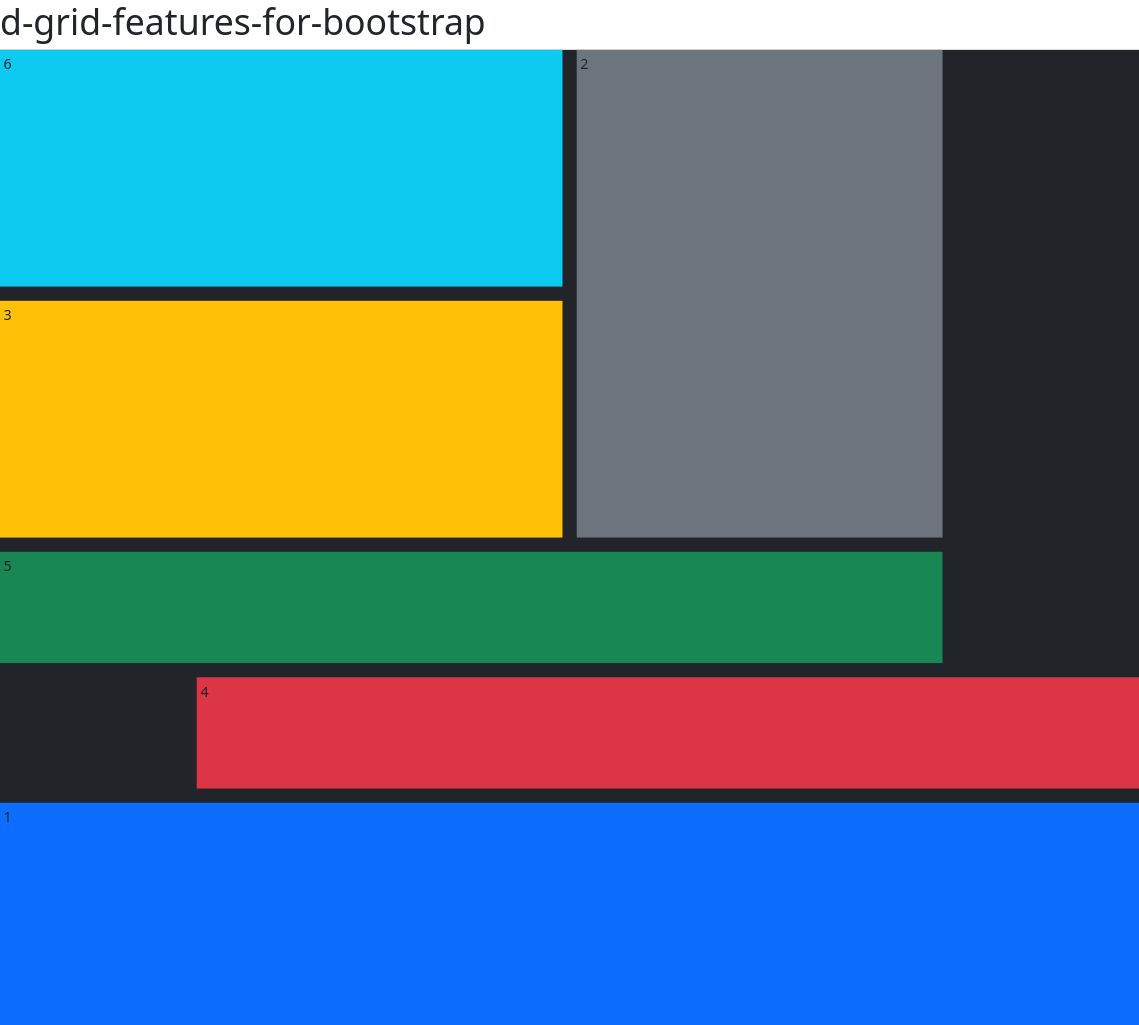
Repository: LynxPardelle/d-grid-features-for-bootstrap
Page: index.html
The author's editor kept a copy of each file at every save. The page is drawn from the files as they stood at one save, then again after the next save.
The browser window is 1280 px wide. The pictures show the whole page, at 89% of full size.

Above is the page before, as saved 2021-10-20 06:20:04.

### index.html
<!DOCTYPE html>
<html lang="en">
<head>
  <meta charset="UTF-8">
  <meta http-equiv="X-UA-Compatible" content="IE=edge">
  <meta name="viewport" content="width=device-width, initial-scale=1.0">
  <title>d-grid-features-for-bootstrap</title>
  <link href="https://cdn.jsdelivr.net/npm/bootstrap@5.1.3/dist/css/bootstrap.min.css" rel="stylesheet" integrity="sha384-1BmE4kWBq78iYhFldvKuhfTAU6auU8tT94WrHftjDbrCEXSU1oBoqyl2QvZ6jIW3" crossorigin="anonymous">
</head>
<body>
  <h1>d-grid-features-for-bootstrap</h1>

  <!-- <section class="d-grid bg-dark" data-gfbs data-gfbs-gtc="repeat(4, 1fr)" data-gfbs-gtr="repeat(2, 100px)" > -->
    <!-- <section class="d-grid bg-dark" data-gfbs data-gfbs-gta='"f f b c c a"" f f d e e a"'> -->
      <section class="d-grid bg-dark" data-gfbs
      data-gfbs-gt='
      [row1-start] "a a b ." 25px [row1-end]
      [row2-start] "a a b ." 25px [row2-end]
      [row3-start] "c c b d" 25px [row3-end]
      [row4-start] "c c b d" 25px [row4-end]
      [row5-start] "e e e d" 25px [row5-end]
      [row6-start] ". f f f" 25px [row6-end]
      [row7-start] "g g g g" 50px [row7-end]
      / 1fr 2fr 2fr 1fr'
      data-gfbs-gt-sm='
      [row1-start] "a a b ." 50px [row1-end]
      [row2-start] "a a b ." 50px [row2-end]
      [row3-start] "c c b d" 50px [row3-end]
      [row4-start] "c c b d" 50px [row4-end]
      [row5-start] "e e e d" 50px [row5-end]
      [row6-start] ". f f f" 50px [row6-end]
      [row7-start] "g g g g" 100px [row7-end]
      / 1fr 2fr 2fr 1fr'
      data-gfbs-gt-md='
      [row1-start] "a a b ." 75px [row1-end]
      [row2-start] "a a b ." 75px [row2-end]
      [row3-start] "c c b d" 75px [row3-end]
      [row4-start] "c c b d" 75px [row4-end]
      [row5-start] "e e e d" 75px [row5-end]
      [row6-start] ". f f f" 75px [row6-end]
      [row7-start] "g g g g" 150px [row7-end]
      / 1fr 2fr 2fr 1fr'
      data-gfbs-gt-lg='
      [row1-start] "a a b ." 100px [row1-end]
      [row2-start] "a a b ." 100px [row2-end]
      [row3-start] "c c b d" 100px [row3-end]
      [row4-start] "c c b d" 100px [row4-end]
      [row5-start] "e e e d" 100px [row5-end]
      [row6-start] ". f f f" 100px [row6-end]
      [row7-start] "g g g g" 200px [row7-end]
      / 1fr 2fr 2fr 1fr'
      data-gfbs-gt-xl='
      [row1-start] "a a b ." 125px [row1-end]
      [row2-start] "a a b ." 125px [row2-end]
      [row3-start] "c c b d" 125px [row3-end]
      [row4-start] "c c b d" 125px [row4-end]
      [row5-start] "e e e d" 125px [row5-end]
      [row6-start] ". f f f" 125px [row6-end]
      [row7-start] "g g g g" 250px [row7-end]
      / 1fr 2fr 2fr 1fr'
      data-gfbs-gt-xxl='
      [row1-start] "a a b ." 150px [row1-end]
      [row2-start] "a a b ." 150px [row2-end]
      [row3-start] "c c b d" 150px [row3-end]
      [row4-start] "c c b d" 150px [row4-end]
      [row5-start] "e e e d" 150px [row5-end]
      [row6-start] ". f f f" 150px [row6-end]
      [row7-start] "g g g g" 300px [row7-end]
      / 1fr 2fr 2fr 1fr'
      data-gfbs-gap="1rem"
      >
      <!-- data-gfbs-cg="1rem"
      data-gfbs-rg="1rem" -->
    <div data-gfbs data-gfbs-iga="a" data-gfbs-iga-sm="g" class="grid-element bg-primary p-1">
      1
    </div>

    <div data-gfbs data-gfbs-iga="b" class="grid-element bg-secondary p-1">
      2
    </div>
    <div data-gfbs data-gfbs-iga="c" class="grid-element bg-warning p-1">
      3
    </div>
    <div data-gfbs data-gfbs-iga="d" data-gfbs-iga-lg="f" class="grid-element bg-danger p-1">
      4
    </div>
    <div data-gfbs data-gfbs-iga="e" class="grid-element bg-success p-1">
      5
    </div>
    <div data-gfbs data-gfbs-iga="f" data-gfbs-iga-md="a" class="grid-element bg-info p-1">
      6
    </div>
  </section>

  <script src="https://cdn.jsdelivr.net/npm/bootstrap@5.1.3/dist/js/bootstrap.bundle.min.js" integrity="sha384-ka7Sk0Gln4gmtz2MlQnikT1wXgYsOg+OMhuP+IlRH9sENBO0LRn5q+8nbTov4+1p" crossorigin="anonymous"></script>
  <script src="./d-grid.js"></script>
</body>
</html>

### d-grid.js
"use strict";

function gridCreate(){
  let wWidth = window.innerWidth;
  let gridElements = document.querySelectorAll("[data-gfbs]");

  function checkIfHasBP(gridElement, atr) {
    let hasIt = false;
    for (let attribute of gridElement.attributes) {
      let at = attribute.localName;
      if (at.includes(atr)) {
        switch (true) {
          case at.includes("-sm") && wWidth >= 576 && wWidth < 768:
            hasIt = true;
            break;
          case at.includes("-md") && wWidth >= 768 && wWidth < 992:
            hasIt = true;
            break;
          case at.includes("-lg") && wWidth >= 992 && wWidth < 1200:
            hasIt = true;
            break;
          case at.includes("-xl") && wWidth >= 1200 && wWidth < 1400:
            hasIt = true;
            break;
          case at.includes("-xxl") && wWidth >= 1400:
            hasIt = true;
            break;
        }
      }
    }

    return hasIt;
  }

  for (let gridElement of gridElements) {
    for (let attribute of gridElement.attributes) {
      let at = attribute.localName;
      let attValue = attribute.value;

      if (
        at.includes("gfbs-") &&
        ((!at.includes("-sm") &&
          !at.includes("-md") &&
          !at.includes("-lg") &&
          !at.includes("-xl") &&
          !at.includes("-xxl") &&
          !checkIfHasBP(gridElement, at)) ||
          (at.includes("-sm") &&
            wWidth >= 576 &&
            (!at.includes("-md") || (at.includes("-md") && wWidth < 768)) &&
            (!at.includes("-lg") || (at.includes("-lg") && wWidth < 992)) &&
            (!at.includes("-xl") || (at.includes("-xl") && wWidth < 1200)) &&
            (!at.includes("-xll") || (at.includes("-xxl") && wWidth < 1400))) ||
          (at.includes("-md") &&
            wWidth >= 768 &&
            (!at.includes("-lg") || (at.includes("-lg") && wWidth < 992)) &&
            (!at.includes("-xl") || (at.includes("-xl") && wWidth < 1200)) &&
            (!at.includes("-xll") || (at.includes("-xxl") && wWidth < 1400))) ||
          (at.includes("-lg") &&
            wWidth >= 992 &&
            (!at.includes("-xl") || (at.includes("-xl") && wWidth < 1200)) &&
            (!at.includes("-xll") || (at.includes("-xxl") && wWidth < 1400))) ||
          (at.includes("-xl") &&
            wWidth >= 1200 &&
            (!at.includes("-xll") || (at.includes("-xxl") && wWidth < 1400))) ||
          (at.includes("-xxl") && wWidth >= 1400))
      ) {
        switch (true) {
          /* Container */
          case at.includes("custom"):
            gridElement.style.cssText += attValue;
            break;
          case at.includes("gtc"):
            gridElement.style.gridTemplateColumns = attValue;
            break;
          case at.includes("gtr"):
            gridElement.style.gridTemplateRows = attValue;
            break;
          case at.includes("gta"):
            gridElement.style.gridTemplateAreas = attValue;
            break;
          case at.includes("gt"):
            gridElement.style.gridTemplate = attValue;
            break;
          case at.includes("cg"):
            gridElement.style.columnGap = attValue;
            break;
          case at.includes("rg"):
            gridElement.style.rowGap = attValue;
            break;
          case at.includes("gap"):
            gridElement.style.gap = attValue;
            break;
          case at.includes("ji"):
            gridElement.style.justifyItems = attValue;
            break;
          case at.includes("ai"):
            gridElement.style.alignItems = attValue;
            break;
          case at.includes("pi"):
            gridElement.style.placeItems = attValue;
            break;
          case at.includes("jc"):
            gridElement.style.justifyContent = attValue;
            break;
          case at.includes("ac"):
            gridElement.style.alignContent = attValue;
            break;
          case at.includes("pc"):
            gridElement.style.placeContent = attValue;
            break;
          case at.includes("gac"):
            gridElement.style.gridAutoColumns = attValue;
            break;
          case at.includes("gar"):
            gridElement.style.gridAutoRows = attValue;
            break;
          case at.includes("gaf"):
            gridElement.style.gridAutoFlow = attValue;
            break;
          case at.includes("grid"):
            gridElement.style.grid = attValue;
            break;

          /* Item */
          case at.includes("gcs"):
            gridElement.style.gridColumnStart = attValue;
            break;
          case at.includes("gce"):
            gridElement.style.gridColumnEnd = attValue;
            break;
          case at.includes("gc"):
            gridElement.style.gridColumn = attValue;
            break;
          case at.includes("grs"):
            gridElement.style.gridRowStart = attValue;
            break;
          case at.includes("gre"):
            gridElement.style.gridRowEnd = attValue;
            break;
          case at.includes("gr"):
            gridElement.style.gridRow = attValue;
            break;
          case at.includes("iga"):
            gridElement.style.gridArea = attValue;
            break;
          case at.includes("js"):
            gridElement.style.justifySelf = attValue;
            break;
          case at.includes("as"):
            gridElement.style.alignSelf = attValue;
            break;
          case at.includes("ps"):
            gridElement.style.placeSelf = attValue;
            break;
        }
      }
    }
  }
}

window.onload = gridCreate();
window.addEventListener("resize", gridCreate);

After the next save:
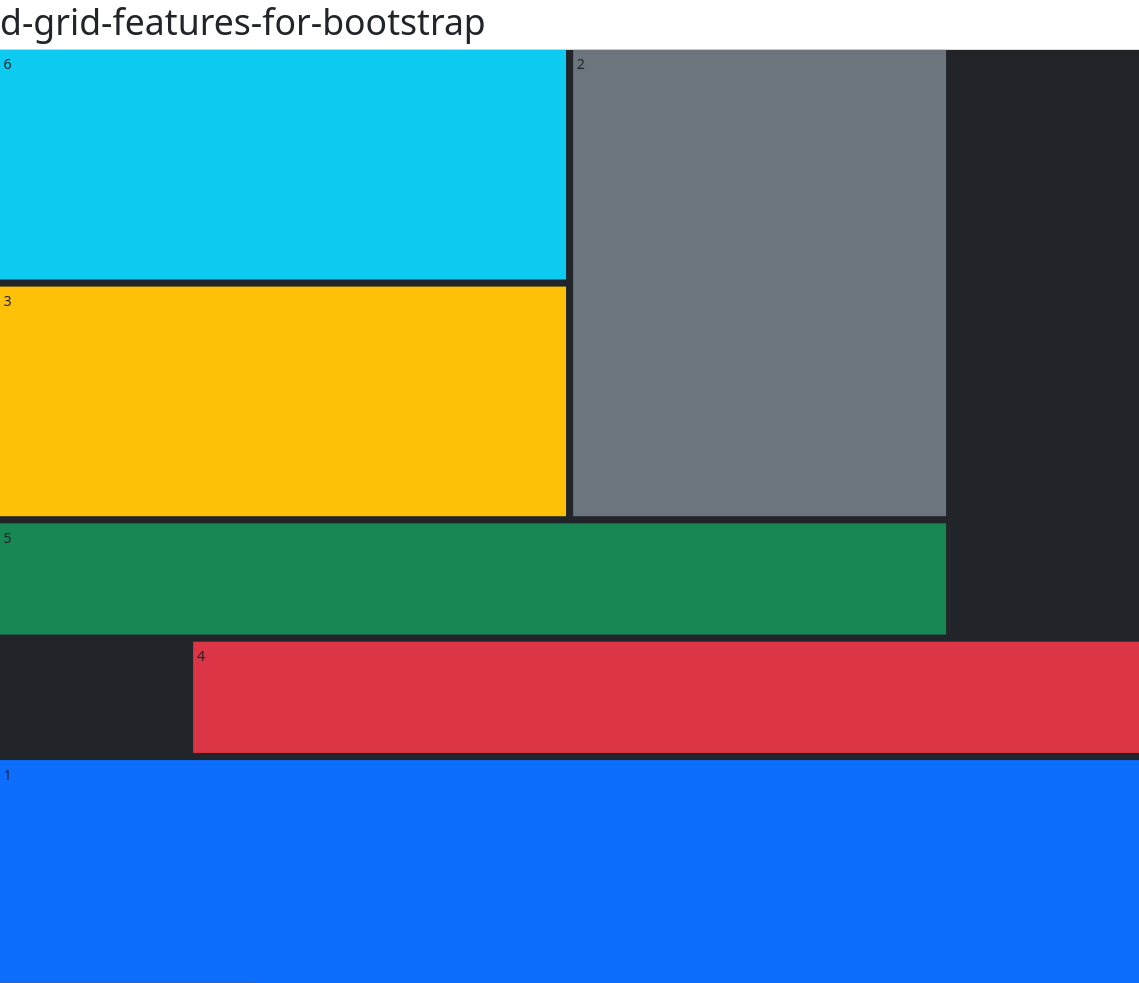
Saved 4 s later.
--- a/index.html
+++ b/index.html
@@ -67,7 +67,7 @@
       [row6-start] ". f f f" 150px [row6-end]
       [row7-start] "g g g g" 300px [row7-end]
       / 1fr 2fr 2fr 1fr'
-      data-gfbs-gap="1rem"
+      data-gfbs-gap="0.5rem"
       >
       <!-- data-gfbs-cg="1rem"
       data-gfbs-rg="1rem" -->
